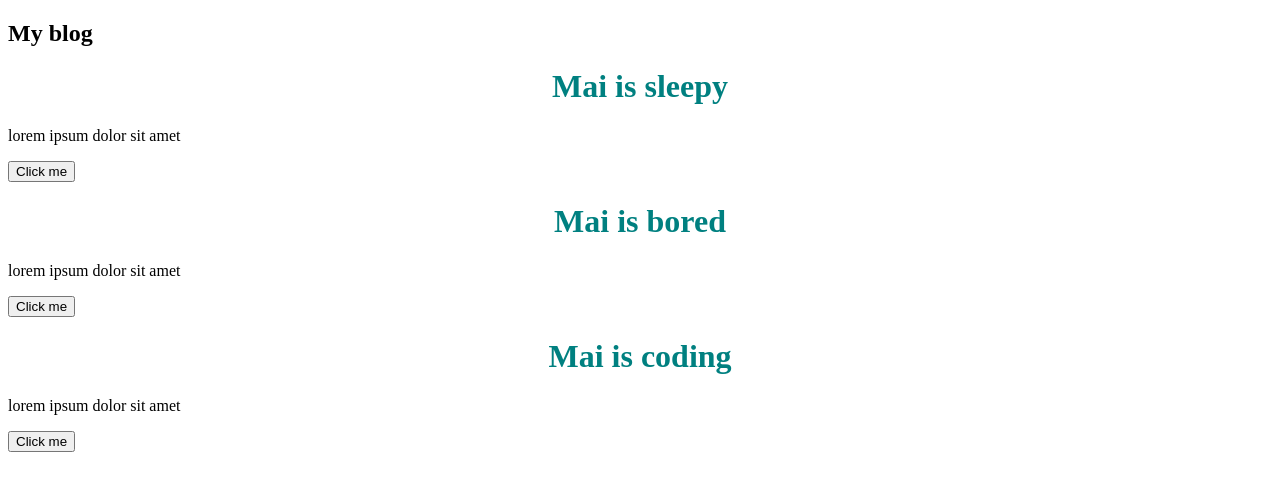
Repository: MaiCrespo/BlogEntry
Page: /
The author's editor kept a copy of each file at every save. The page is drawn from the files as they stood at one save, then again after the next save.
The browser window is 1280 px wide. The pictures show the whole page.
The project was rebuilt for these pictures with package versions that can differ from the ones it lists, and the page was loaded fresh each time. Also part of the build but not shown: vite.config.js.

Above is the page before, as saved 2025-09-10 13:57:40.

### index.html
<!DOCTYPE html>
<html lang="en">
  <head>
    <meta charset="UTF-8" />
    <link rel="icon" type="image/png+xml" href="/FaviconWilbur.png" />
    <meta name="viewport" content="width=device-width, initial-scale=1.0" />
    <title>Mai yahoo</title>
  </head>
  <body>
    <div id="root"></div>
    <script type="module" src="/src/main.jsx"></script>
  </body>
</html>

### src/index.css
h1 {
  color: teal;
  text-align: center;
}

### src/App.jsx
import BlogEntry from "./BlogEntry.jsx";
function App() {
  return (
    <div>
      <h2>My blog</h2>
      <BlogEntry title="Mai is sleepy" summary="lorem ipsum dolor sit amet" />
      <BlogEntry title="Mai is bored" summary="lorem ipsum dolor sit amet" />
      <BlogEntry title="Mai is coding" summary="lorem ipsum dolor sit amet" />
    </div>
  );
}

export default App;

### src/BlogEntry.jsx
function BlogEntry(props) {
  const buttonLabel = "Click me";
  return (
    <div>
      <h1>{props.title}</h1>
      <p>{props.summary}</p>
      <button>{buttonLabel}</button>
    </div>
  );
}
export default BlogEntry;

Loaded but not shown: src/main.jsx (common file)

After the next save:
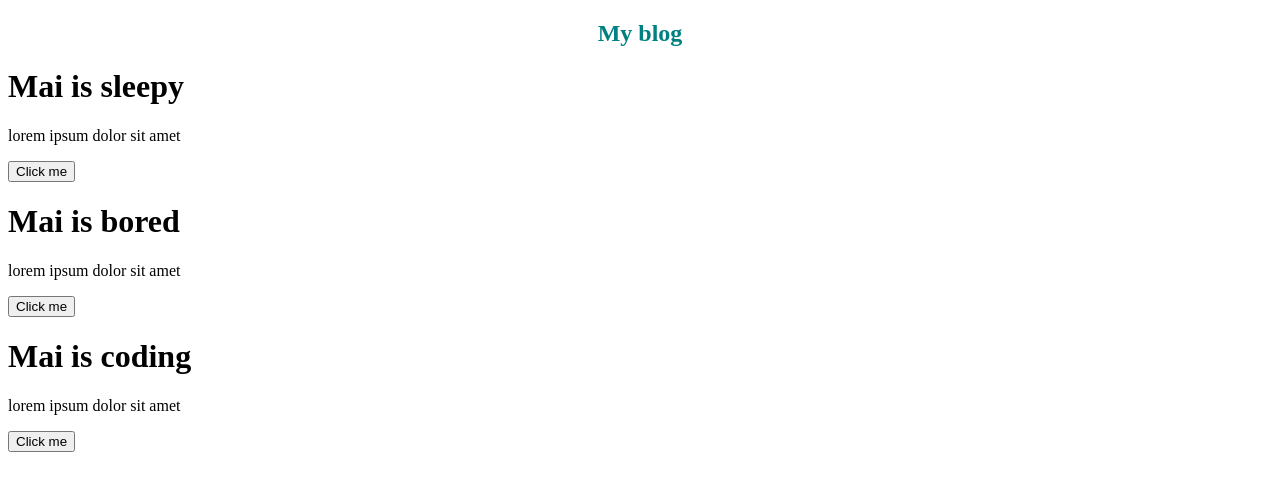
Saved 7 s later.
--- a/src/index.css
+++ b/src/index.css
@@ -1,4 +1,4 @@
-h1 {
+h2 {
   color: teal;
   text-align: center;
 }
